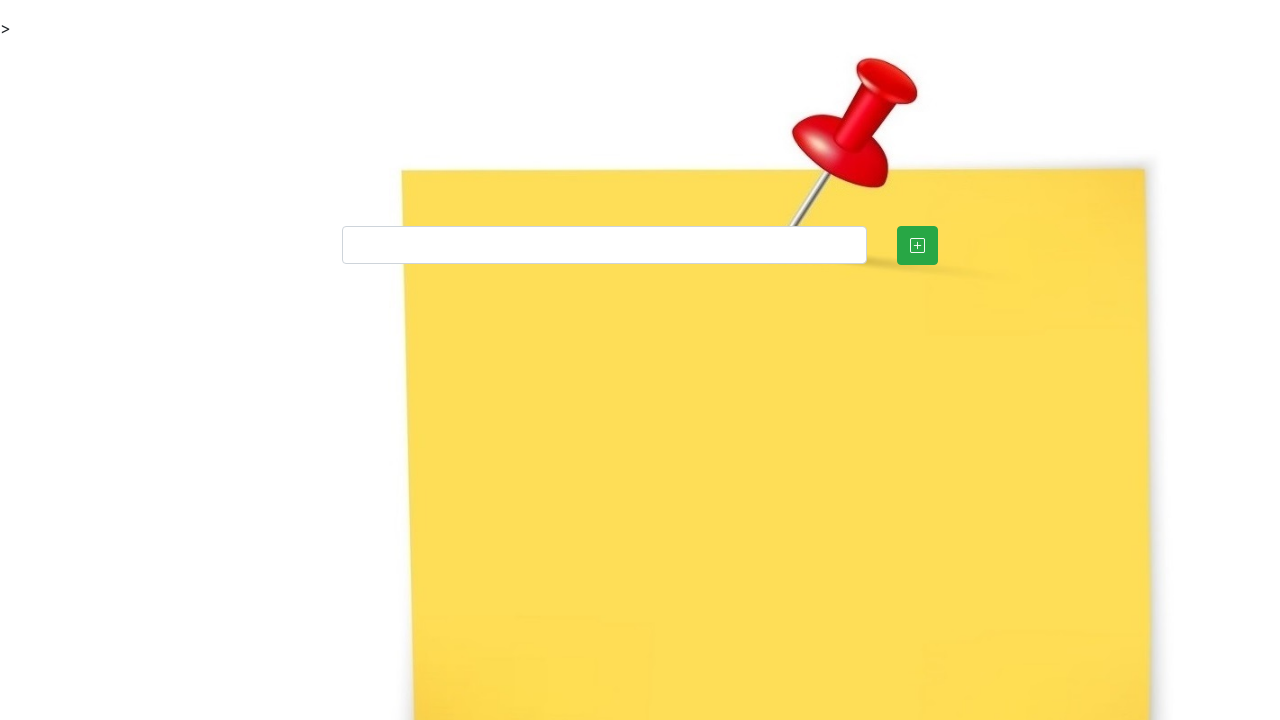
Repository: walaaElbasha/Todo-list-laravel
Page: http://localhost/tasks
An editor plug-in stored every save of this project. The page is shown before and after a run of saves, followed by the edit.
The browser window is 1280 px wide. The pictures show the whole page.
The page is served by the project's Laravel application, run on PHP 8.4 with Laravel 8. Other server files are loaded and not shown. Style sheets and scripts are compiled from the project's sources, by tool versions that may differ from the author's. Queries for data that is not in the repository find no rows.

Above is the page before, as saved 2021-07-01 18:07:23.

### routes/web.php
<?php

use Illuminate\Support\Facades\Route;
use App\Http\Controllers\TaskController;
/*
|--------------------------------------------------------------------------
| Web Routes
|--------------------------------------------------------------------------
|
| Here is where you can register web routes for your application. These
| routes are loaded by the RouteServiceProvider within a group which
| contains the "web" middleware group. Now create something great!
|
*/

Route::get('/', function () {
    return view('welcome');
});

Route::get('/tasks', [TaskController::class, 'index'])->name('tasks.index');
Route::post('/tasks', [TaskController::class, 'store'])->name('tasks.store');
Route::get('/tasks/{task}/edit', [TaskController::class, 'edit'])->name('tasks.edit');
Route::put('/tasks/{task}', [TaskController::class, 'update'])->name('tasks.update');
Route::delete('/tasks/{task}', [TaskController::class, 'destroy'])->name('tasks.destroy');

Route::get('/register',[RegistrationController::class, 'destroy'])->name('registration.create');
Route::get('/register', [RegistrationController::class, 'destroy'])->name('registration.store');
// Route::get('/login', [SessionsControlle::class, 'destroy'])->name('registration.create');
// Route::get('/login', [SessionsControlle::class, 'destroy'])->name('registration.store');
// Route::get('/logout',[SessionsControlle::class, 'destroy'])->name('registration.destroy');



// 'RegistrationController@create');
// Route::post('register', 'RegistrationController@store');

// Route::get('/login', 'SessionsController@create');
// Route::post('/login', 'SessionsController@store');
// Route::get('/logout', 'SessionsController@destroy');

### app/Http/Controllers/TaskController.php
<?php

namespace App\Http\Controllers;
use Illuminate\Http\Request;
use App\Http\Requests\TaskRequest;
use App\Models\Task;
use Illuminate\Support\Facades\Auth;


class TaskController extends Controller

{
    public function index()
    {
        $allTasks = Task::paginate(4);
        //find by user id
        return view('tasks.index', [
            'allTasks' => $allTasks
        ]);
    }

    public function edit($taskId)
    {
        $task = Task::find($taskId);
        return view('tasks.edit', [
            'task' => $task,
        ]);
    }
    public function update($taskId, TaskRequest $request)
    {
        // $requestData = $request->all();
        // $task = Task::find($taskId);
        // $task->update($requestData);
        // $task->save();
        $requestData = $request->all();
        $task = Task::find($taskId);
        $task->update($requestData);
        $task->save();
        return redirect()->route('tasks.index')->with('success', "TODO updated successfully!");
    }

    public function destroy($taskId)
    {

        $task = Task::findorfail($taskId);

        $task->delete();
        return redirect()->route('tasks.index');
    }



    public function store(TaskRequest $request)
    {

        // $requestData = $request->all();
        // Task::create($requestData);

       // $userId =Auth::id();
        $task = new Task;
        $task->name = $request->name;
       // $task->user_id= $userId;

        $task->
        $task->save();

        return redirect()->route('tasks.index');
    }

}

### app/Models/Task.php
<?php

namespace App\Models;

use Illuminate\Database\Eloquent\Factories\HasFactory;
use Illuminate\Database\Eloquent\Model;

class Task extends Model
{
    use HasFactory;
    protected $fillable = ['name'];
}

### resources/views/tasks/index.blade.php
@extends('layouts.app')

@section('content')

<!-- Bootstrap Boilerplate... -->


@if($errors->any())
<div class="alert alert-danger w-25">
    <ul>
        @foreach ($errors->all() as $error)
        <li>{{ $error }}</li>
        @endforeach
    </ul>
</div>
@endif

<body style="background-image: url('sticky.jpg')  ; background-repeat: no-repeat;
  background-size: 1400px 950px; background-margin-top:60px">>

    <div class="container">

        <!-- Display Validation Errors -->

        <div style="margin-top:170px; margin-left:150px">
            <table>
                <ul>
                    @foreach($allTasks as $task)


                    <tr>
                        <td style="width:600px">
                            <div style="display:flex">
                                <!-- <div style="justify-content:flex-start"> -->
                                <li>
                                    {{ $task->name}}

                                </li>
                        </td>
                        <td>
                            <!-- </div> -->
                            <div style="justify-content:flex-end">

                                <a href="{{ route('tasks.edit',['task' => $task['id']]) }}" class="btn btn-secondary mt-4"><i class="bi bi-pencil-square"></i>


                                </a>

                                <form style="display:inline" method="POST" action="{{route('tasks.destroy',['task' => $task['id']])}}">
                                    @csrf
                                    @method('DELETE')
                                    <button onclick="return confirm('Are you sure?')" class="btn btn-danger mt-4" type="submit"><i class="bi bi-trash-fill"></i></button>
                                </form>
                            </div>
        </div>
        <br>
        </td>

        </tr>


        @endforeach
        </ul>
        </table>
        <!-- New Task Form -->
    </div>
    <form action="{{ route('tasks.store') }}" method="POST" class="form-horizontal">
        @csrf

        <!-- Task Name -->
        <div class="form-group">
            <div class="text-center" style="display:flex; justify-content:center; align-items:center">
                {{$allTasks->links("pagination::bootstrap-4")}}

            </div>

            <div style="display:flex; justify-content:center; align-items:center">
                <div class="col-sm-6">
                    <input type="text" name="name" id="name" class="form-control">
                </div>

                <div class="form-group">
                    <div class="col-sm-offset-3 col-sm-6">
                        <button type="submit" class="btn btn-success mt-3">
                            <span style="font-size:15px"><i class="bi bi-plus-square"></i> </span>
                        </button>
                    </div>
                </div>
            </div>
        </div>
    </form>
    </div>
</body>


<!-- TODO: Current Tasks -->
@endsection

### resources/views/layouts/app.blade.php
<!DOCTYPE html>
<html lang="en">

<head>
    <meta charset="utf-8">
    <meta name="viewport" content="width=device-width, initial-scale=1">

    <!-- CSRF Token -->
    <meta name="csrf-token" content="{{ csrf_token() }}">

    <title>{{ config('app.name', 'All Tasks') }}</title>

    <!-- Scripts -->
    <script src="{{ asset('js/app.js') }}" defer></script>

    <!-- Fonts -->
    <link rel="dns-prefetch" href="//fonts.gstatic.com">
    <link href="https://fonts.googleapis.com/css?family=Nunito" rel="stylesheet">

    <!-- Styles -->
    <link href="{{ asset('css/app.css') }}" rel="stylesheet">
    <link rel="stylesheet" href="https://cdn.jsdelivr.net/npm/bootstrap@4.6.0/dist/css/bootstrap.min.css" integrity="sha384-B0vP5xmATw1+K9KRQjQERJvTumQW0nPEzvF6L/Z6nronJ3oUOFUFpCjEUQouq2+l" crossorigin="anonymous">
    <link rel="stylesheet" href="path/to/font-awesome/css/font-awesome.min.css">
    <link rel="stylesheet" href="https://cdn.jsdelivr.net/npm/bootstrap-icons@1.5.0/font/bootstrap-icons.css">
</head>


<body style="background-image: url('sticky.jpg')  ; background-repeat: no-repeat;
  background-size: 1400px 950px;">
    <div class="container">
        <nav class="navbar navbar-default">
            <!-- Navbar Contents -->
        </nav>
    </div>

    @yield('content')

</body>

</html>

Loaded but not shown: app/Http/Controllers/Controller.php (common file); resources/sass/app.scss (common file); resources/sass/_variables.scss (common file)

After the next 2 saves:
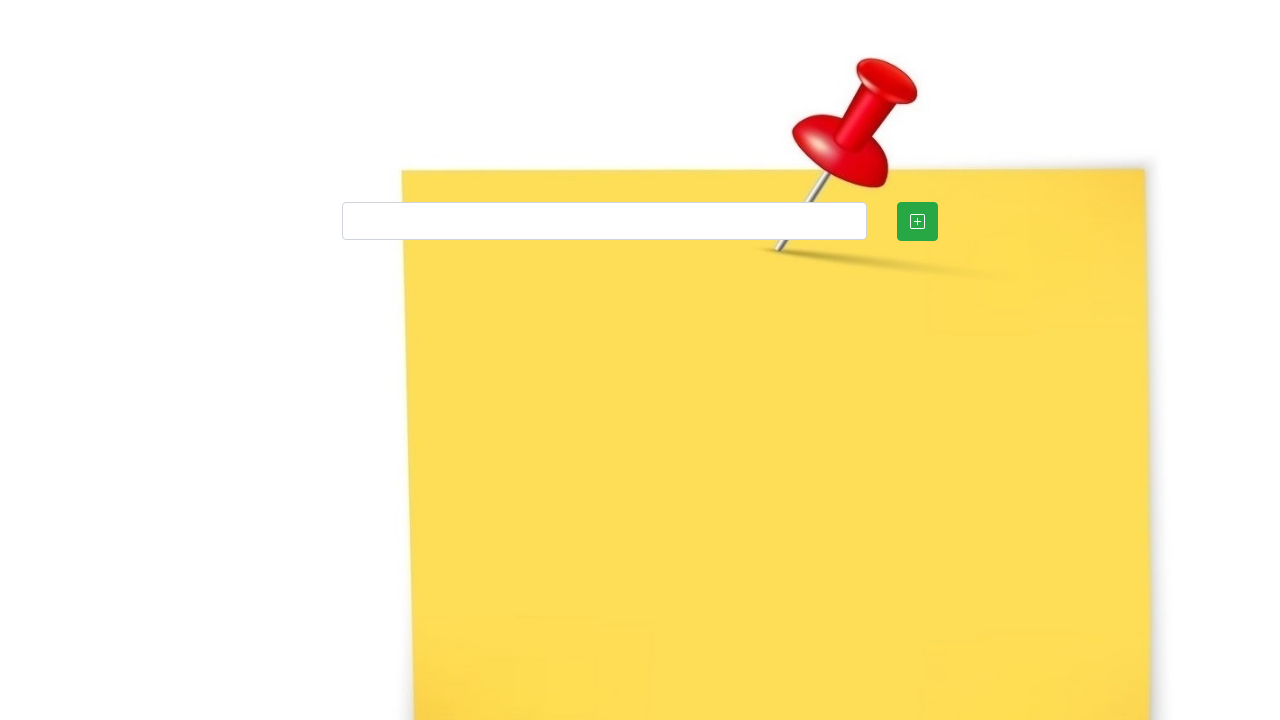
The 2 saves are shown as one change because they came seconds apart.
The last was saved 14 s later.
--- a/resources/views/tasks/index.blade.php
+++ b/resources/views/tasks/index.blade.php
@@ -16,7 +16,7 @@
 @endif
 
 <body style="background-image: url('sticky.jpg')  ; background-repeat: no-repeat;
-  background-size: 1400px 950px; background-margin-top:60px">>
+  background-size: 1400px 950px; ">
 
     <div class="container">
 
